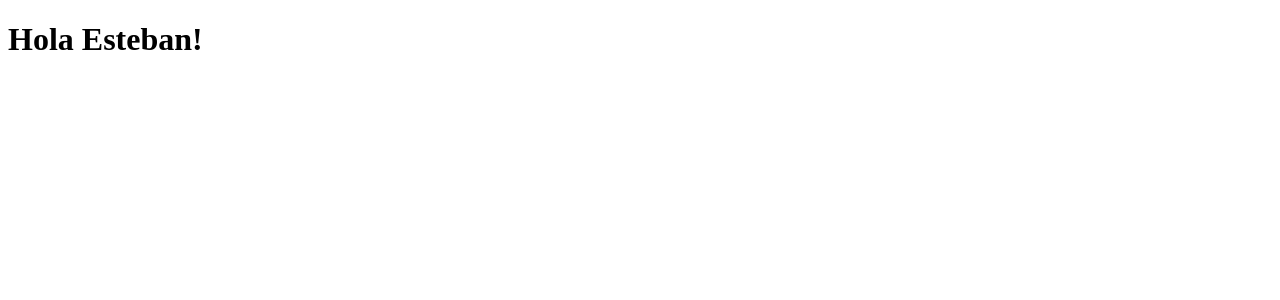
Repository: teban004/WEBD6201-W2021-Week1
Page: index.html
The author's editor kept a copy of each file at every save. The page is drawn from the files as they stood at one save, then again after the next save.
The browser window is 1280 px wide. The pictures show the whole page.

Above is the page before, as saved 2021-06-16 14:25:39.

After the next save:
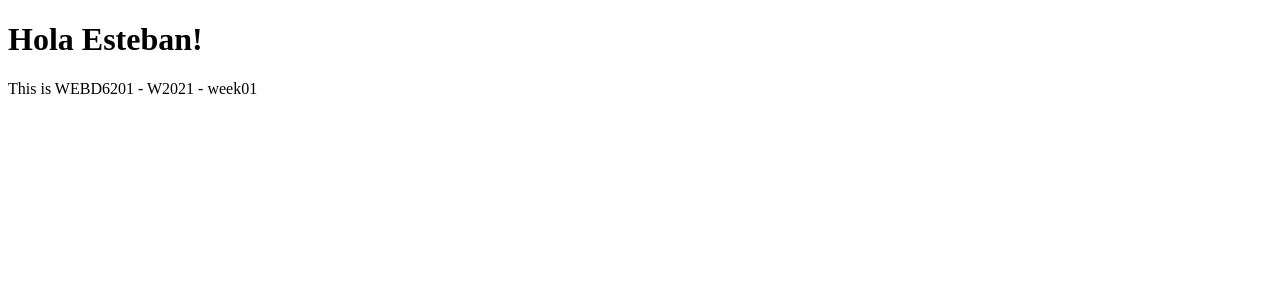
Saved 21 min 42 s later.
--- a/index.html
+++ b/index.html
@@ -10,6 +10,7 @@
 <body>
 	<div>
 		<h1>Hola Esteban!</h1>
+		<P>This is WEBD6201 - W2021 - week01</P>
 	</div>
 
 	<!-- JavaScript Section -->
